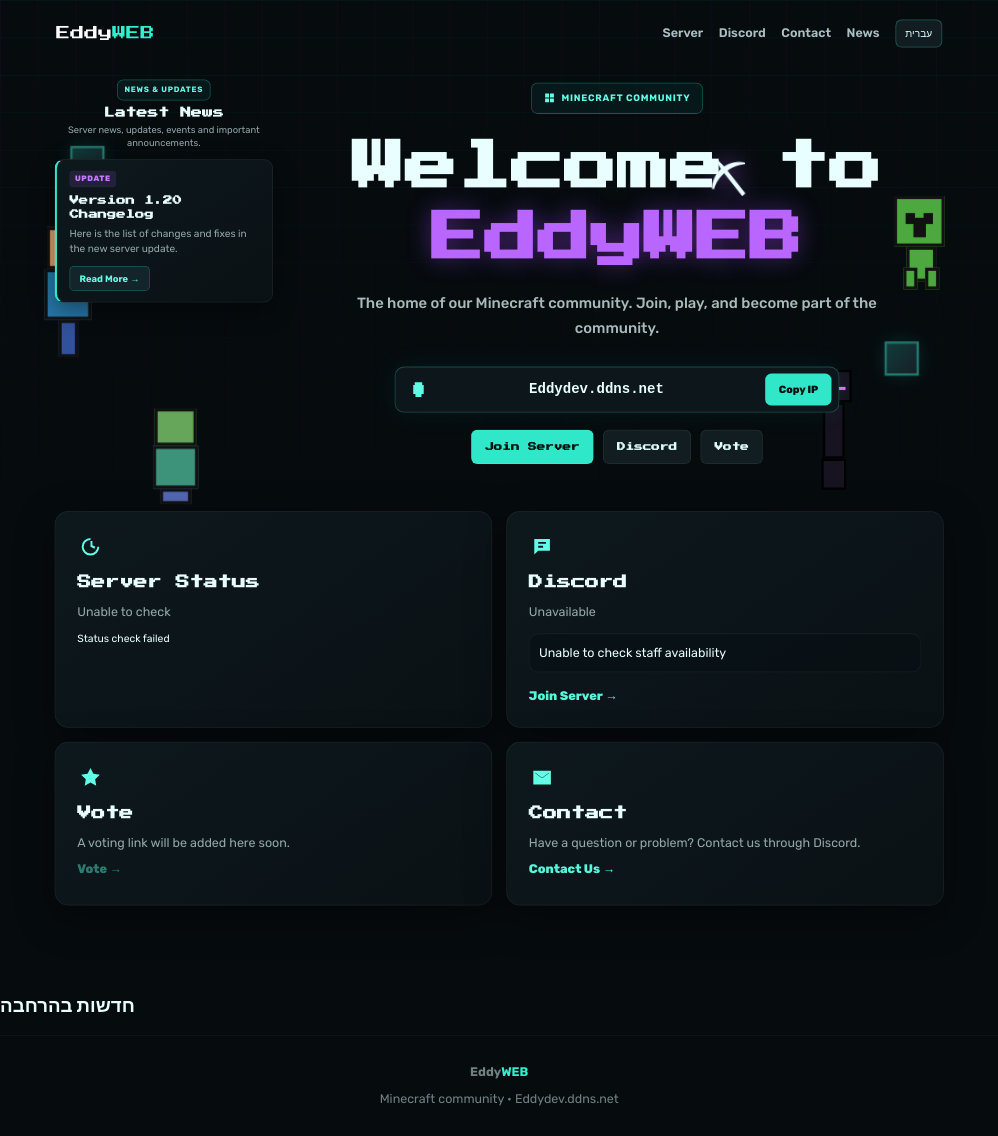
Repository: eddush/EddyWEB
Page: index.html
These files come from the project's save history. The page is drawn as it stood at one moment and after the next save; the edit follows.
The browser window is 1280 px wide. The pictures show the whole page, at 78% of full size.
The page's requests for data from a server got no answer.

Above is the page before, as saved 2026-09-20 17:14:15.

After the next save:
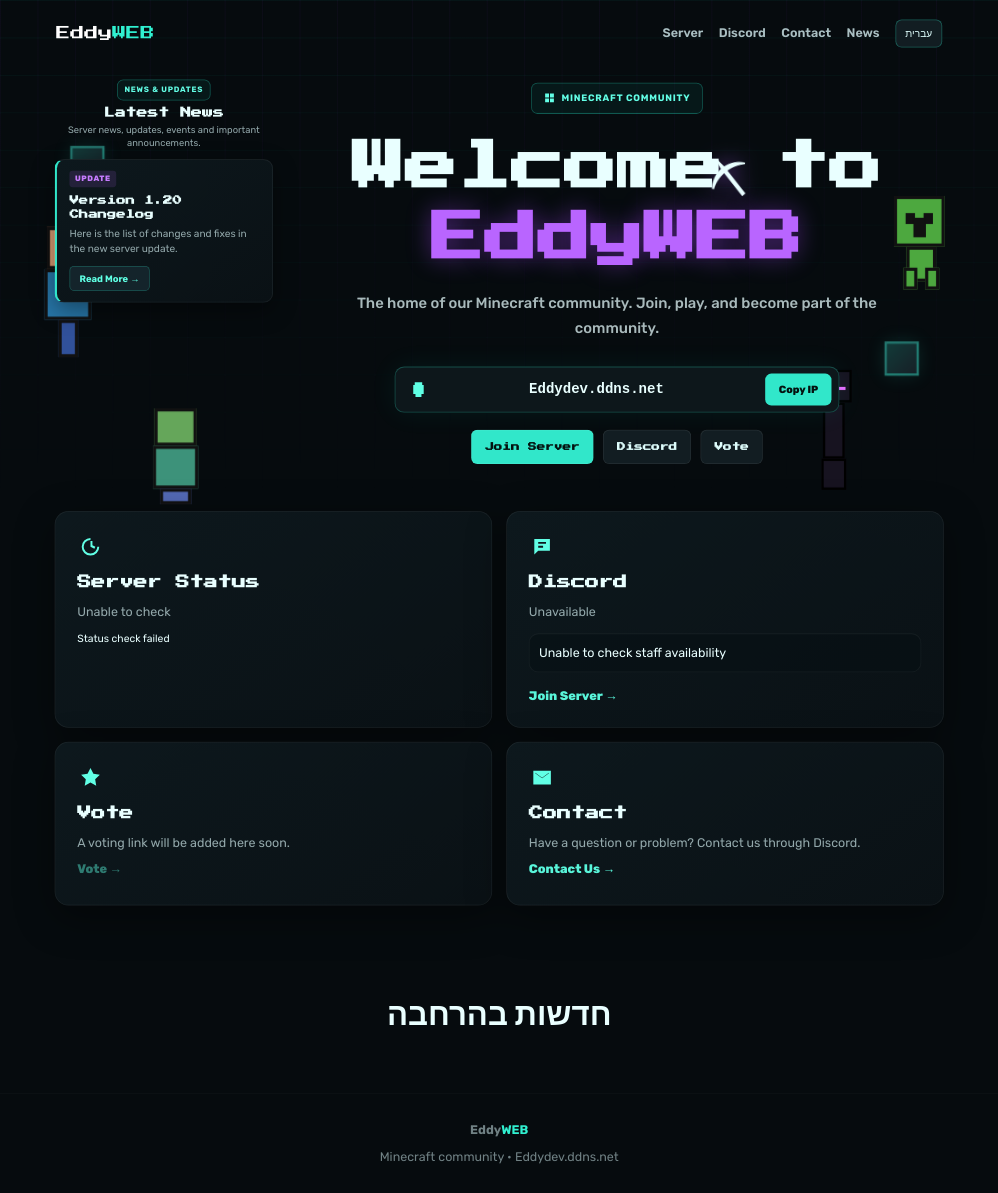
Saved 35 s later.
--- a/style.css
+++ b/style.css
@@ -985,3 +985,52 @@
     gap: 20px;
   }
 }
+/* עיצוב סקשן החדשות המוגדלות */
+.large-news-container {
+  max-width: 1200px;
+  margin: 60px auto 40px auto;
+  padding: 0 20px;
+}
+
+.large-news-container h2 {
+  font-size: 2.5rem;
+  text-align: center;
+  margin-bottom: 30px;
+}
+
+/* גריד הכרטיסים המוגדלים */
+.large-news-grid {
+  display: flex;
+  flex-direction: column;
+  gap: 40px;
+}
+
+/* כרטיס חדשות מוגדל */
+.large-news-card {
+  background: #ffffff;
+  border-radius: 12px;
+  padding: 30px;
+  box-shadow: 0 6px 20px rgba(0, 0, 0, 0.12);
+  display: flex;
+  flex-direction: column;
+  gap: 20px;
+}
+
+.large-news-card img {
+  width: 100%;
+  max-height: 450px;
+  object-fit: cover;
+  border-radius: 8px;
+}
+
+.large-news-card h3 {
+  font-size: 2.2rem;
+  margin: 0;
+  color: #222;
+}
+
+.large-news-card p {
+  font-size: 1.25rem;
+  line-height: 1.7;
+  color: #444;
+}
